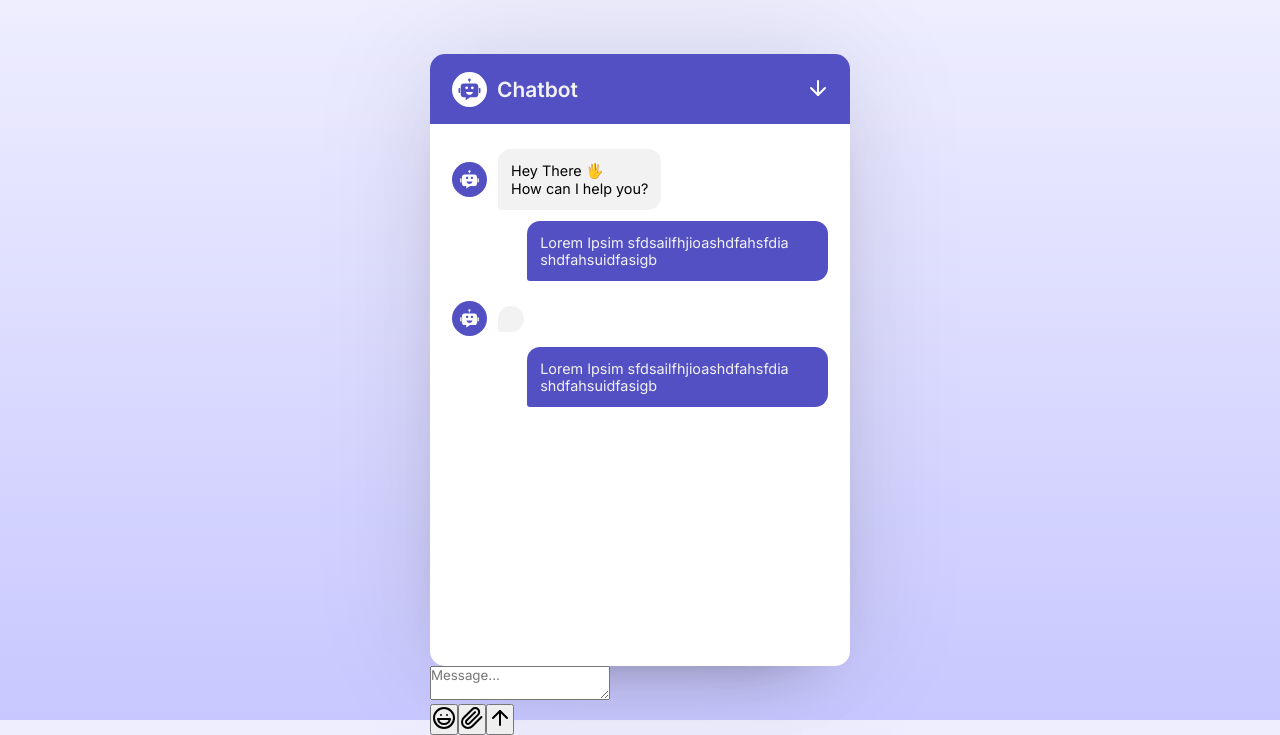
Repository: guilhermecardoso93/ai-bot
Page: /
An editor plug-in stored every save of this project. The page is shown before and after the next save, followed by the edit.
The browser window is 1280 px wide. The pictures show the whole page.
The project was rebuilt for these pictures with package versions that can differ from the ones it lists, and the page was loaded fresh each time. Also part of the build but not shown: vite.config.js.

Above is the page before, as saved 2024-11-12 19:48:07.

After the next save:
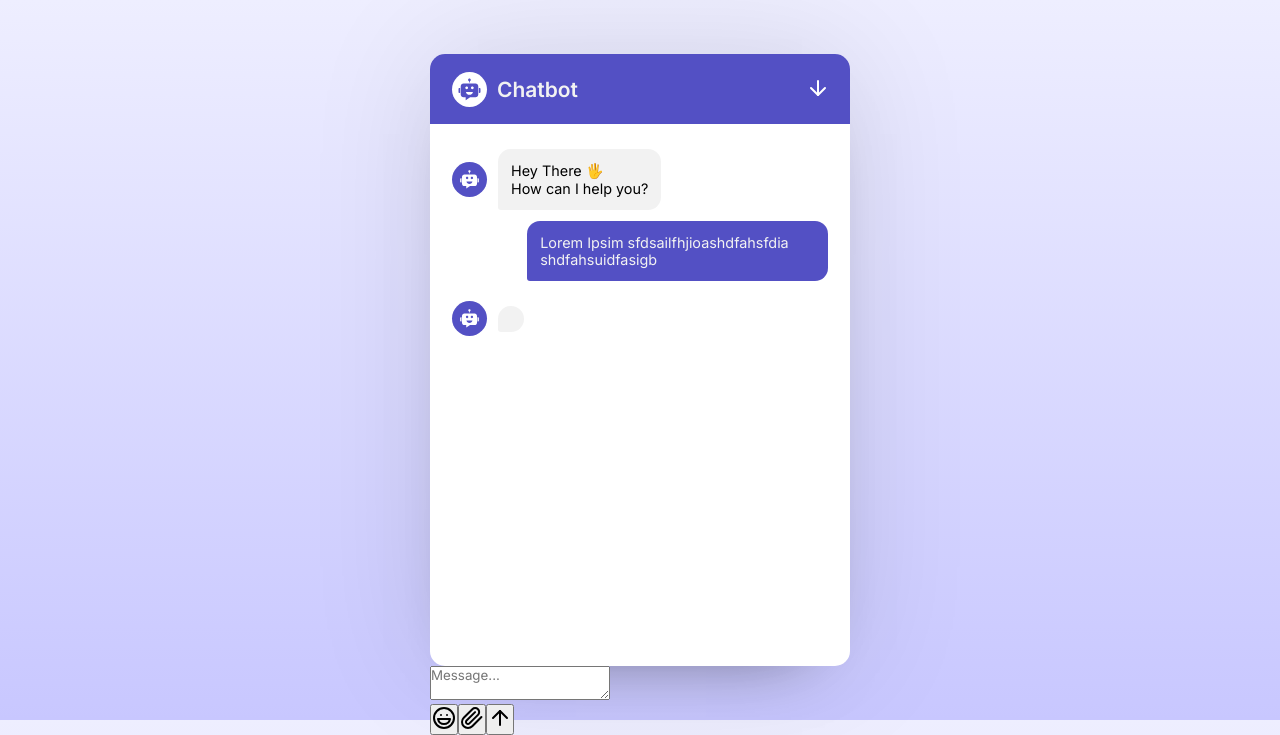
Saved 17 s later.
--- a/src/components/Main.jsx
+++ b/src/components/Main.jsx
@@ -67,11 +67,7 @@ export function Main() {
               </div>
             </div>
           </div>
-          <div className="user-message">
-            <p className="message-text ">
-              Lorem Ipsim sfdsailfhjioashdfahsfdia shdfahsuidfasigb
-            </p>
-          </div>
+
         </div>
       </div>
 
